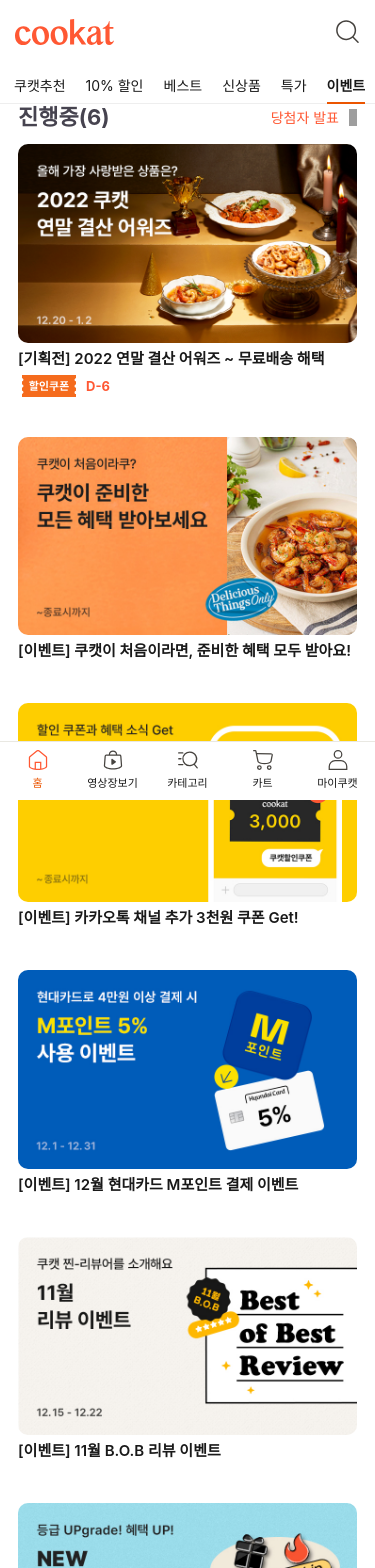
Repository: CooKat/Cookat
Page: event.html
An editor plug-in stored every save of this project. The page is shown before and after the next save, followed by the edit.
The browser window is 375 px wide. The pictures show the part of the page from y = 0 to 1568 px (the page is 2615 px tall).
Pictures or frames that could not be fetched are drawn as grey boxes. A picture or video elsewhere on the page could not be fetched, so the positions and the page height are approximate. Some web fonts or font styles are not loaded; a fallback is used.

Above is the page before, as saved 2022-12-29 17:14:06.
Not found: css/responsive.css
Not found: js/ex1.js

### event.html
<!DOCTYPE html>
<html lang="ko-KR">
  <head>
    <meta charset="UTF-8" />
    <meta http-equiv="X-UA-Compatible" content="IE=edge" />
    <meta name="viewport" content="width=device-width, initial-scale=1.0" />
    <link rel="shortcut icon" type="image/x-icon" href="./images/1.png" />
    <link
      rel="stylesheet"
      as="style"
      crossorigin
      href="https://cdn.jsdelivr.net/gh/orioncactus/pretendard@v1.3.6/dist/web/static/pretendard.css"
    />
    <link
      href="https://cdn.jsdelivr.net/npm/remixicon@2.5.0/fonts/remixicon.css"
      rel="stylesheet"
    />
    <link
      rel="stylesheet"
      href="https://cdn.jsdelivr.net/npm/swiper/swiper-bundle.min.css"
    />
    <link rel="stylesheet" href="./css/main.css" />
    <link rel="stylesheet" href="./css/event.css" />
    <title>쿠캣</title>
  </head>
  <body>
    <div class="container">
      <!-- 상단 메뉴바 -->
      <header class="header">
        <a href="/" class="logo"
          ><img src="./images/logo-main.svg" alt="쿠캣마켓"
        /></a>
        <div class="menu swiper">
          <ul class="swiper-wrapper" role="menubar" aria-hidden="false">
            <li role="none" class="swiper-slide">
              <a role="menuitem" href="/">쿠캣추천</a>
            </li>
            <li class="swiper-slide" role="none">
              <a role="menuitem" href="/">10% 할인</a>
            </li>
            <li class="swiper-slide" role="none">
              <a role="menuitem" href="./best.html">베스트</a>
            </li>
            <li class="swiper-slide" role="none">
              <a role="menuitem" href="/">신상품</a>
            </li>
            <li class="swiper-slide" role="none">
              <a role="menuitem" href="./specialPrice.html">특가</a>
            </li>
            <li class="swiper-slide active" role="none">
              <a role="menuitem" href="/">이벤트</a>
            </li>
          </ul>
        </div>
        <button type="button" class="search">
          <img src="./images/ic-24-finder.svg" alt="검색 아이콘" />
        </button>
      </header>

      <main class="main">
        <section class="event">
          <!-- 진행중(6) 당첨자 발표 -->
          <div class="event-ing">
            <h2 class="event-ing-title">진행중(6)</h2>
            <a href="/"><p>당첨자 발표</p></a>
          </div>

          <!-- 행사 아이템들 -->
          <div class="item-list">
            <a href="/event.html">
              <div class="item-list-item">
                <img src="./images/event1.jpg" />
                <h2 class="item-list-title title-first">
                  [기획전] 2022 연말 결산 어워즈 ~ 무료배송 해택
                </h2>
                <div class="coupon-day">
                  <svg
                    xmlns="http://www.w3.org/2000/svg"
                    width="54"
                    height="22"
                    viewBox="0 0 54 22"
                  >
                    <g fill="none" fill-rule="evenodd">
                      <path
                        fill="#F56B1D"
                        d="M54 9.428V6.353c-.944 0-1.458-.771-1.458-1.639S53.195 3.143 54 3.143V0H0v3.143c.806 0 1.459.703 1.459 1.571S.806 6.286 0 6.286v3.142c.806 0 1.459.704 1.459 1.572 0 .868-.653 1.572-1.459 1.572v3.142c.806 0 1.459.704 1.459 1.572 0 .868-.653 1.571-1.459 1.571V22h54v-2.924c-.996 0-1.458-.77-1.458-1.639 0-.868.653-1.723 1.458-1.723v-3.051c-1.021 0-1.458-.795-1.458-1.663S53.195 9.428 54 9.428z"
                      />
                      <path
                        fill="#FFF"
                        fill-rule="nonzero"
                        d="M13.195 7.652V6.563H10.94v-.825H9.477v.825H7.222v1.089h5.973zm2.013 3.63V9.148h1.342V7.96h-1.342V5.804h-1.452v5.478h1.452zm-4.994-.077c.374 0 .715-.039 1.023-.116.308-.077.57-.187.787-.33.216-.143.383-.315.5-.517.117-.201.176-.43.176-.687 0-.257-.059-.488-.176-.693-.117-.205-.284-.38-.5-.523-.217-.143-.479-.253-.787-.33-.308-.077-.649-.115-1.023-.115-.374 0-.713.038-1.018.115-.304.077-.566.188-.786.33-.22.143-.389.318-.506.523-.117.205-.176.436-.176.693 0 .257.059.486.176.688.117.201.286.373.506.516.22.143.482.253.787.33.304.077.643.116 1.017.116zm0-1.023c-.337 0-.605-.051-.803-.154-.198-.103-.297-.26-.297-.473 0-.213.099-.372.297-.479.198-.106.466-.159.803-.159s.605.053.803.16c.198.106.297.265.297.478 0 .213-.099.37-.297.473-.198.103-.466.154-.803.154zm5.28 5.687v-1.056H9.972v-.561h5.236v-2.574H8.52v1.056h5.258v.528H8.531v2.607h6.963zm10.274-2.772V5.826h-1.463v7.271h1.463zm-5.511-1.496c.389 0 .75-.064 1.083-.193.334-.128.626-.306.875-.533.25-.227.444-.499.583-.814.14-.315.209-.656.209-1.023 0-.374-.07-.719-.209-1.034-.14-.315-.334-.587-.583-.814-.25-.227-.54-.405-.875-.534-.333-.128-.694-.192-1.083-.192s-.752.064-1.089.192c-.337.129-.629.307-.874.534-.246.227-.44.499-.584.814-.143.315-.214.66-.214 1.034 0 .367.072.708.215 1.023.143.315.337.587.583.814.245.227.537.405.874.534.337.128.7.192 1.089.192zm0-1.254c-.374 0-.691-.115-.952-.346-.26-.231-.39-.552-.39-.963 0-.418.13-.742.39-.973.26-.231.578-.347.952-.347.381 0 .698.115.951.347.254.23.38.555.38.973 0 .41-.127.732-.38.963-.252.23-.57.346-.951.346zm5.764 5.423v-1.155h-5.544v-2.233h-1.452v3.388h6.996zm6.754.154v-3.586h3.861v-1.177h-1.342c.169-.821.268-1.542.297-2.162.03-.62.044-1.19.044-1.71v-.913H28.54v1.155h5.698v.506c0 .169-.007.345-.022.528l-6.006.187.165 1.232 5.742-.297c-.03.227-.064.464-.104.71-.04.245-.09.5-.149.764h-6.38v1.177h3.839v3.586h1.452zm13.97-3.663v-1.155h-3.861v-.913h2.97V9.049h-1.21V7.344h1.287V6.189h-7.535v1.155h1.287v1.705h-1.221v1.144h2.97v.913h-3.839v1.155h9.152zm-3.542-3.212h-2.079V7.344h2.079v1.705zm2.519 6.721v-1.155h-5.566V12.91h-1.452v2.86h7.018z"
                      />
                    </g>
                  </svg>
                  <span class="coupon-date">D-6</span>
                </div>
              </div>
            </a>
          </div>

          <div class="item-list">
            <a href="/event.html">
              <div class="item-list-item">
                <img src="./images/event2.jpg" />
                <h2 class="item-list-title">
                  [이벤트] 쿠캣이 처음이라면, 준비한 혜택 모두 받아요!
                </h2>
              </div>
            </a>
          </div>

          <div class="item-list">
            <a href="/event.html">
              <div class="item-list-item">
                <img src="./images/event3.jpg" />
                <h2 class="item-list-title">
                  [이벤트] 카카오톡 채널 추가 3천원 쿠폰 Get!
                </h2>
              </div>
            </a>
          </div>

          <div class="item-list">
            <a href="/event.html">
              <div class="item-list-item">
                <img src="./images/event4.jpg" />
                <h2 class="item-list-title">
                  [이벤트] 12월 현대카드 M포인트 결제 이벤트
                </h2>
              </div>
            </a>
          </div>

          <div class="item-list">
            <a href="/event.html">
              <div class="item-list-item">
                <img src="./images/event5.jpg" />
                <h2 class="item-list-title">[이벤트] 11월 B.O.B 리뷰 이벤트</h2>
              </div>
            </a>
          </div>

          <div class="item-list">
            <a href="/event.html">
              <div class="item-list-item">
                <img src="./images/event6.jpg" />
                <h2 class="item-list-title">
                  [공지사항] NEW 쿠캣 등급 개편 안내
                </h2>
              </div>
            </a>
          </div>
        </section>
      </main>

      <!-- footer -->
      <footer class="footer">
        <div class="center-info-container">
          <h2 class="center-info">쿠캣 고객센터</h2>
          <span class="time-info"
            >평일 <time>10:00</time> ~ <time>18:00</time> (점심시간
            <time>13:00</time> ~ <time>14:00</time>)</span
          >

          <a href="tel:1668-3525" class="center-contact"> 고객센터</a>
        </div>
        <div class="business-info-container">
          <div class="business-info-title-container">
            <h2 class="business-info">(주) 쿠캣 사업자 정보</h2>
            <button class="business-info-toggle-btn">
              <img
                alt="addit-toggle-img"
                src="	https://crcf.cookatmarket.com/assets/mobile/img/using_guide/ic-16-close-bold.svg"
              />
            </button>
          </div>

          <ul class="business-info-list">
            <li class="business-info-item">
              <label for="representative">대표자</label
              ><span id="representative">이문주</span>
            </li>
            <li class="business-info-item">
              <label for="address">주소</label>
              <address id="address">
                서울특별시 강남구 영동대로112길 36, 3층, 지하 1층 (삼성동,
                오티씨타워)
              </address>
            </li>
            <li class="business-info-item">
              <label
                for="
              business-number"
                >사업자등록번호</label
              ><span id=" business-number">
                110-86-12995
                <a class="business-info-check" href="/"
                  >사업자정보 확인</a
                ></span
              >
            </li>
            <li class="business-info-item">
              <label for="mail-order-number">통신판매업 신고번호</label
              ><span
                id="
              mail-order-number"
                >2018-서울강남-01681</span
              >
            </li>
            <li class="business-info-item">
              <div class="center-info-flexcontent-container">
                <label
                  for="
              service-center"
                  >고객센터</label
                >
                <div class="center-info-content-container">
                  <a
                    id="service-center"
                    href="tel:1668-3525
              "
                    >1668-3525
                  </a>
                  <span id="service-center"
                    >평일 <time>10:00</time> ~ <time>18:00</time> (점심시간
                    <time>13:00</time> ~ <time>14:00</time>) 주말
                    <time>10:00</time> ~ <time>13:00</time></span
                  >
                </div>
              </div>
            </li>
            <li class="business-info-item">
              <label for="marketing-email">마케팅 제휴문의</label
              ><span id="marketing-email">marketing@cookat.co</span>
            </li>
            <li class="business-info-item">
              <label
                for="
              goods-email"
                >상품 제휴문의</label
              ><span id=" goods-email">
                <span>product@cookat.co<br /></span
              ></span>
            </li>
            <li class="business-info-item">
              <label for="person-in-charge">개인정보보호 책임자</label
              ><span id="person-in-charge"> 주지석 (jiseok.joo@cookat.co)</span>
            </li>
          </ul>

          <small class="copyright">
            Copyright © 쿠캣. All rights reserved.</small
          >
          <ul class="more-details-list">
            <li><a class="more-details" href="/">이용약관</a></li>
            <li>
              <a class="more-details" id="qkdcla" href="/">개인정보 처리방침</a>
            </li>
            <li><a class="more-details" href="/">공지사항</a></li>
          </ul>
        </div>

        <div class="additional-container">
          <a href="/">로그인</a>
          <a id="app-down" href="/"> APP다운</a>
        </div>
      </footer>

      <!-- 하단바 -->
      <nav class="fix-footer-menu">
        <ul>
          <li class="my-home on"><a href="/">홈</a></li>
          <li class="my-video"><a href="/">영상장보기</a></li>
          <li class="my-menu"><a href="/">카테고리</a></li>
          <li class="my-cart"><a href="/">카트</a></li>
          <li class="my-cookat"><a href="/">마이쿠캣</a></li>
        </ul>
      </nav>
    </div>

    <!-- Swiper JS -->
    <script src="https://cdn.jsdelivr.net/npm/swiper/swiper-bundle.min.js"></script>
    <!-- Initialize Swiper -->
    <script src="./js/ex1.js"></script>
    <script>
      var menu = new Swiper('.menu.swiper', {
        slidesPerView: 'auto',
        freeMode: true,
      });
    </script>
  </body>
</html>

### css/event.css
main {
  padding: 0 18px;
}

.event-ing {
  display: flex;
  flex-flow: row nowrap;
  justify-content: space-between;
  align-items: center;
  margin-top: var(--spacing-xxl);
  margin-bottom: var(--spacing-md);
}

.event-ing-title {
  font-size: var(--text-xl);
  line-height: var(--text-xxl);
  color: var(--color-black);
  font-weight: 700;
}

.event-ing p {
  color: #ff5833;
  font-size: var(--text-sm);
}
.event-ing p::after {
  content: '';
  color: #ff5833;
  margin-left: var(--spacing-xxs);
  padding-left: var(--spacing-md);
  background: url('https://crcf.cookatmarket.com/assets/mobile/img/using_guide/ic-16-next-orange-fit.svg')
    no-repeat 6px;
}

.item-list {
}

.item-list-item {
}

.item-list-item img {
  border-radius: 10px;
}

.item-list-title {
  font-size: var(--text-lg);
  line-height: var(--text-xxl);
  font-weight: 600;
  margin-bottom: var(--spacing-xxxl);
}

.title-first {
  margin-bottom: 0;
}

.item-list-title h2:first-child {
  margin-bottom: 0;
}

.coupon-day {
  margin-top: var(--spacing-xxs);
  display: flex;
  flex-flow: row nowrap;
  margin-bottom: var(--spacing-xxxl);
}

.item-list-item svg {
  margin-left: var(--spacing-xxs);
}
.coupon-date {
  color: #ff5833;
  line-height: var(--text-xl);
  font-size: var(--text-xs);
  align-items: center;
  font-weight: 700;
  padding-left: var(--spacing-sm);
}

@media (max-width: 500px) {
  .item-list-title {
    font-size: 4vw;
    line-height: 3vh;
  }
}

### css/theme.css
:root {
  /* 수식 단축키 art+shift+M */
  --color-white: #ffffff;
  --color-blank: #f9f9f9;
  --color-cement: #9d9995;
  --color-placeholder: #bbb8b5;
  --color-deep-orange: #eb5500;
  --color-border: #e9e8e2;
  --color-success: #579bdb;
  --color-black: #46434f;
  --color-gray: #9d999d;
  --color-greyish-brown: #5b5752;

  --spacing-sxxs: 0.125rem; /* 2px */
  --spacing-xxs: 0.25rem; /* 4px */
  --spacing-xs: 0.5rem; /* 8px */
  --spacing-sm: 0.625rem; /* 10px */
  --spacing-xm: 0.75rem; /* 12px */
  --spacing-md: 0.875rem; /* 14px */
  --spacing-m: 0.937rem; /* 15px */
  --spacing-base: 1rem; /* 16px */
  --spacing-lg: 1.125rem; /* 18px */
  --spacing-l: 1.25rem; /* 20px */
  --spacing-xl: 1.5rem; /* 24px */
  --spacing-xxl: 2rem; /* 32px */
  --spacing-xxxl: 2.5rem; /* 40px */

  --spacing-6: 3.75rem; /* 60px */

  --text-sxxs: 0.6875rem; /* 11px */
  --text-xxs: 0.75rem; /* 12px */
  --text-xs: 0.8125rem; /* 13px */
  --text-sm: 0.875rem; /* 14px */
  --text-md: 0.9375rem; /* 15px */
  --text-base: 1rem; /* 16px */
  --text-lg: 1.125rem; /* 18px */
  --text-xl: 1.375rem; /* 22px */
  --text-xxl: 1.625rem; /* 26px */

  --swiper-navigation-size: 1.125rem; /* 18px */

  --max-width: 31.25rem; /* 500px */
}

Loaded but not shown: css/normalize.css (library); css/reset.css (common file); css/main.css (973 lines, source omitted)

After the next save:
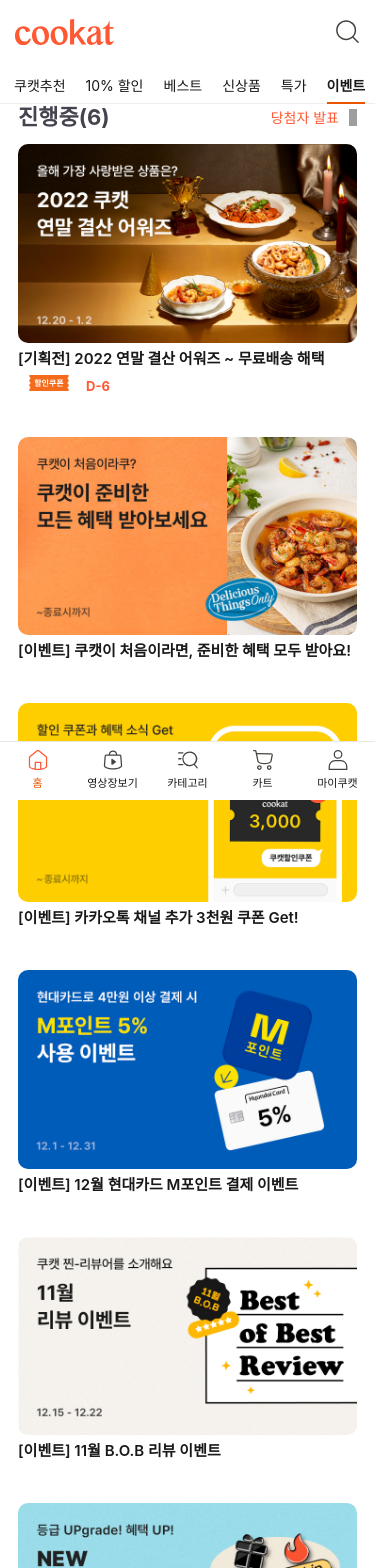
Saved 39 s later.
--- a/css/event.css
+++ b/css/event.css
@@ -80,4 +80,8 @@
     font-size: 4vw;
     line-height: 3vh;
   }
+
+  .item-list-item svg {
+    height: 2vh;
+  }
 }

After the save that followed:
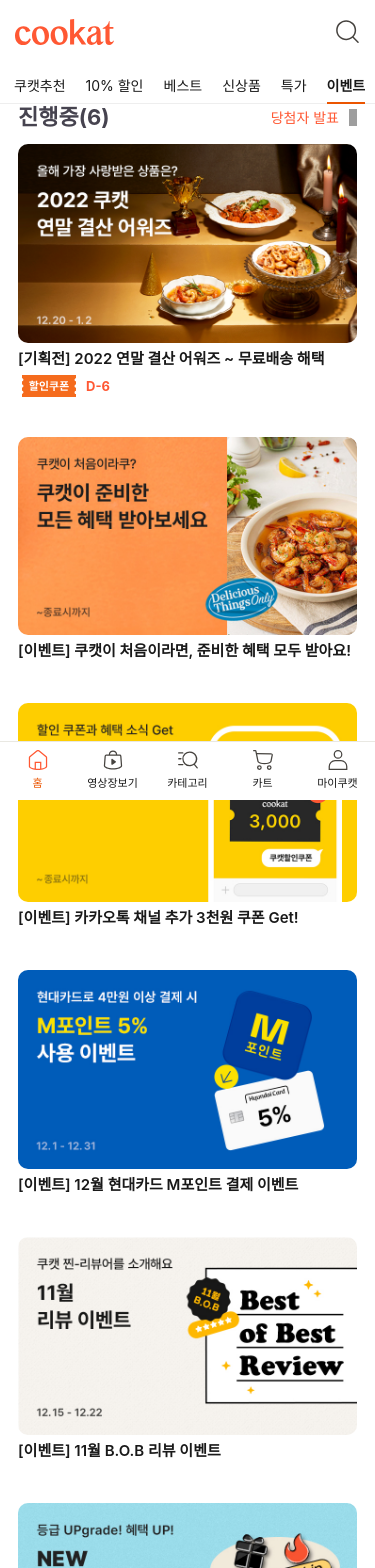
Saved 13 s later.
--- a/css/event.css
+++ b/css/event.css
@@ -80,8 +80,4 @@
     font-size: 4vw;
     line-height: 3vh;
   }
-
-  .item-list-item svg {
-    height: 2vh;
-  }
 }
